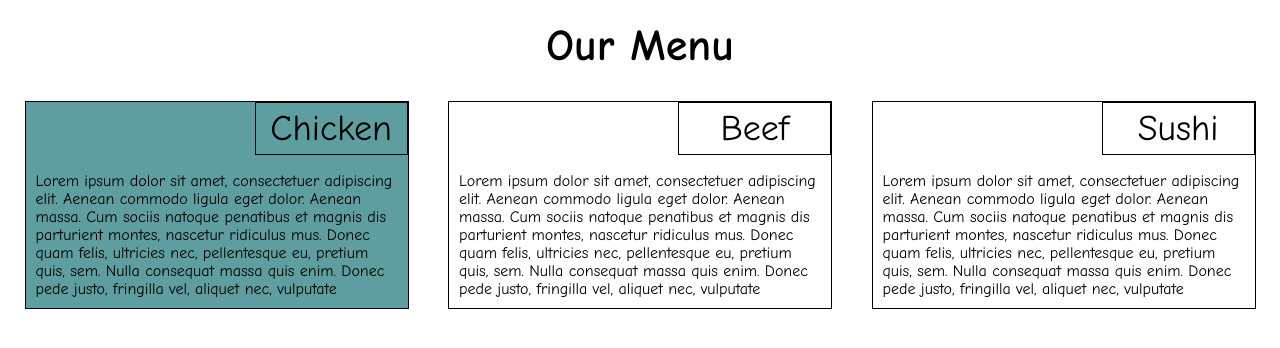
Repository: Normandy72/module2-solution
Page: index.html
An editor plug-in stored every save of this project. The page is shown before and after the next save, followed by the edit.
The browser window is 1280 px wide. The pictures show the whole page.

Above is the page before, as saved 2022-12-05 15:12:48.

After the next save:
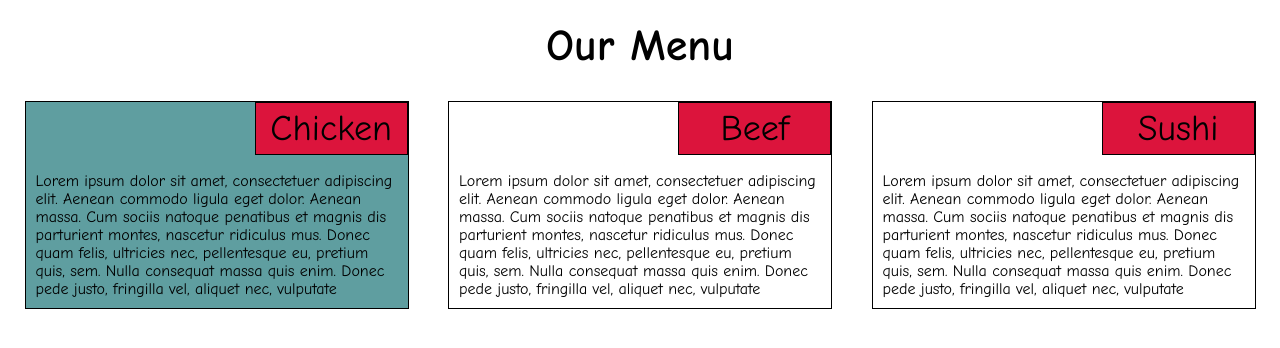
Saved 36 s later.
--- a/styles/style.css
+++ b/styles/style.css
@@ -46,3 +46,7 @@ h1{
 .card:nth-child(1){
     background-color: cadetblue;
 }
+
+.card__name:nth-child(1){
+    background-color: crimson;
+}
